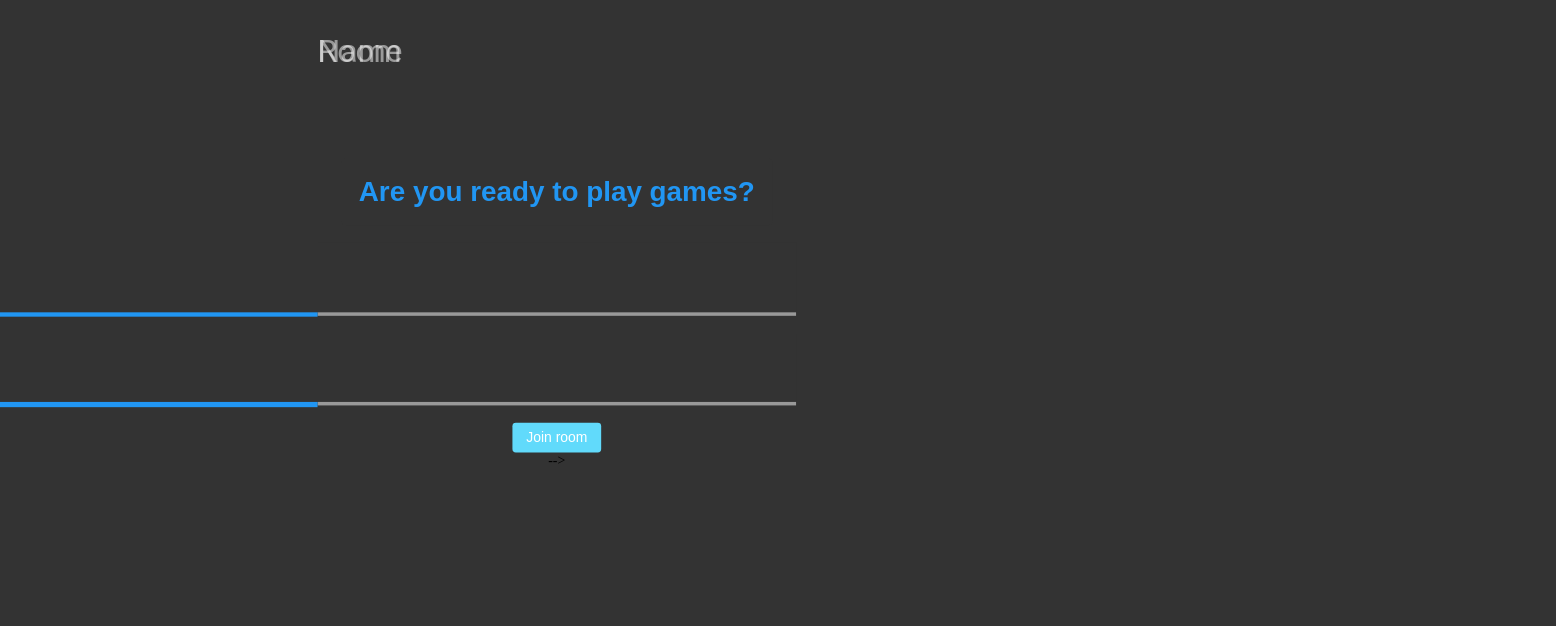
Repository: rektyyy/henhouse
Page: client/index.html
These files come from the project's save history. The page is drawn as it stood at one moment and after the next save; the edit follows.
The browser window is 1280 px wide. The page is 1280 px wide, then 1788 px, so the pictures cover 1788 px, including what lies to the right of the window. The pictures show the whole page, at 87% of full size.

Above is the page before, as saved 2023-12-30 10:28:27.

### client/index.html
<!DOCTYPE html>
<html lang="en">

<head>
    <meta name="viewport" content="width=device-width, initial-scale=1.0">
    <title>Cool Start Page</title>
    <link rel="stylesheet" type="text/css" href="styles_index.css">
</head>

<body>
    <h1>Are you ready to play games?</h1>
    <div class="centered">
        <div class="group1">
            <input type="text" id="name" required>
            <label for="name">Name</label>
            <div class="bar"></div>
        </div>
    </div>


    <div class="centered">
        <div class="group2">
            <input type="text" id="room" required>
            <label for="name">Room</label>
            <div class="bar"></div>
        </div>
    </div>
    <button id="button_room" type="submit">Join room</button> -->

    <script type="text/javascript" src="index.js"></script>
</body>

</html>

### client/styles_index.css
* {
  box-sizing: border-box;
}

body {
  background: #333;
  display: flex;
  flex-direction: column;
  justify-content: center;
  align-items: center;
  min-height: 100vh;
  margin: 0;
  padding: 0;
}

h1 {
  font-family: "Arial", sans-serif;
  text-align: center;
  color: #2196f3;
  padding: 20px;
  background-color: #333;
  margin-top: 0;
  margin-bottom: 20px;
  border-radius: 5px;
}

button {
  padding: 0.5rem 1rem;
  font-size: 1rem;
  border: none;
  border-radius: 0.25rem;
  background-color: #61dafb;
  color: #fff;
  cursor: pointer;
  outline: none;
}

button:hover {
  background-color: #4fa3d1;
}

.centered {
  width: 550px;
  margin-bottom: 20px; /* Spacing between groups */
}

.group {
  width: 100%;
  overflow: hidden;
  position: relative;
}

label {
  position: absolute;
  top: 36.6666666667px;
  color: rgba(255, 255, 255, 0.5);
  font: 400 36.6666666667px Roboto;
  cursor: text;
  transition: 0.25s ease;
}

input {
  display: block;
  width: 100%;
  padding-top: 36.6666666667px;
  border: none;
  border-radius: 0;
  color: white;
  background: #333;
  font-size: 36.6666666667px;
  transition: 0.3s ease;
}

/* ... rest of your CSS ... */

input:valid ~ label {
  top: 0;
  font: 700 22px Roboto;
  color: rgba(255, 255, 255, 0.5);
}
input:focus {
  outline: none;
}
input:focus ~ label {
  top: 0;
  font: 700 22px Roboto;
  color: #2196f3;
}
input:focus ~ .bar:before {
  transform: translateX(0);
}
input:-webkit-autofill {
  -webkit-box-shadow: 0 0 0px 1000px #333 inset;
  -webkit-text-fill-color: white !important;
}

.bar {
  background: rgba(255, 255, 255, 0.5);
  content: "";
  width: 550px;
  height: 3.6666666667px;
  transition: 0.3s ease;
  position: relative;
}
.bar:before {
  content: "";
  position: absolute;
  width: 100%;
  height: 150%;
  background: #2196f3;
  transform: translateX(-100%);
}

::selection {
  background: rgba(33, 150, 243, 0.3);
}

/*# sourceMappingURL=styles_index.css.map */

### client/index.js
const input_room = document.getElementById('input_room');
const button_room = document.getElementById('button_room');

// Joins room
button_room.addEventListener('click', () => {
    if (input_room.value) {
        currentRoomId = input_room.value;
        input_room.value = '';
        window.location.href = `/game.html?room=${currentRoomId}`;
    }
});

After the next save:
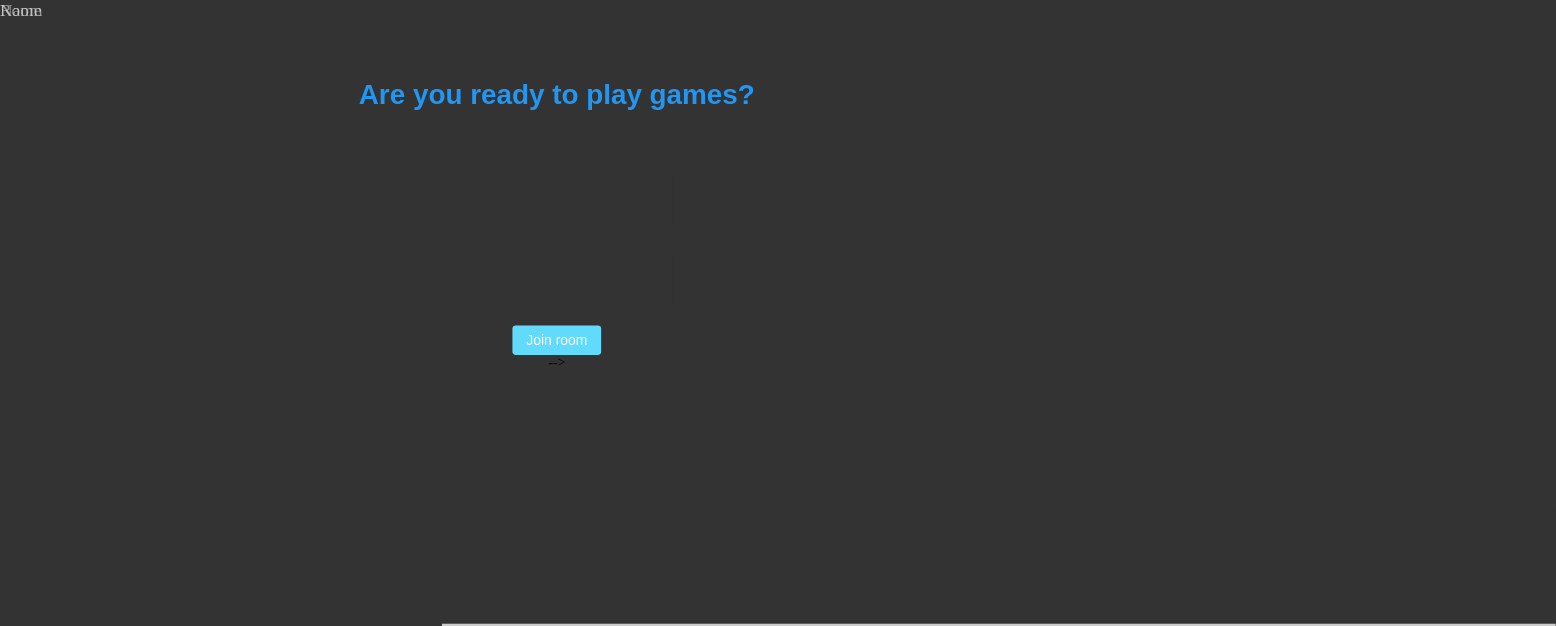
Saved 69 s later.
--- a/client/styles_index.css
+++ b/client/styles_index.css
@@ -6,11 +6,10 @@ body {
   background: #333;
   display: flex;
   flex-direction: column;
-  justify-content: center;
   align-items: center;
+  padding-top: 50px; /* Adjust as needed */
   min-height: 100vh;
   margin: 0;
-  padding: 0;
 }
 
 h1 {
@@ -19,7 +18,6 @@ h1 {
   color: #2196f3;
   padding: 20px;
   background-color: #333;
-  margin-top: 0;
   margin-bottom: 20px;
   border-radius: 5px;
 }
@@ -33,28 +31,25 @@ button {
   color: #fff;
   cursor: pointer;
   outline: none;
+  margin-top: 20px; /* Spacing after the input fields */
 }
 
 button:hover {
   background-color: #4fa3d1;
 }
 
-.centered {
+.group {
   width: 550px;
   margin-bottom: 20px; /* Spacing between groups */
-}
-
-.group {
-  width: 100%;
-  overflow: hidden;
   position: relative;
 }
 
 label {
   position: absolute;
-  top: 36.6666666667px;
+  top: 0; /* Adjust as needed */
+  left: 0;
   color: rgba(255, 255, 255, 0.5);
-  font: 400 36.6666666667px Roboto;
+  font-size: 20px; /* Adjust as needed */
   cursor: text;
   transition: 0.25s ease;
 }
@@ -62,57 +57,23 @@ label {
 input {
   display: block;
   width: 100%;
-  padding-top: 36.6666666667px;
+  padding: 20px 0; /* Adjust padding as needed */
   border: none;
   border-radius: 0;
   color: white;
   background: #333;
-  font-size: 36.6666666667px;
-  transition: 0.3s ease;
-}
-
-/* ... rest of your CSS ... */
-
-input:valid ~ label {
-  top: 0;
-  font: 700 22px Roboto;
-  color: rgba(255, 255, 255, 0.5);
-}
-input:focus {
-  outline: none;
-}
-input:focus ~ label {
-  top: 0;
-  font: 700 22px Roboto;
-  color: #2196f3;
-}
-input:focus ~ .bar:before {
-  transform: translateX(0);
-}
-input:-webkit-autofill {
-  -webkit-box-shadow: 0 0 0px 1000px #333 inset;
-  -webkit-text-fill-color: white !important;
+  font-size: 20px; /* Adjust font size as needed */
+  margin-top: 30px; /* Creates space for the label */
 }
 
 .bar {
   background: rgba(255, 255, 255, 0.5);
-  content: "";
-  width: 550px;
-  height: 3.6666666667px;
-  transition: 0.3s ease;
-  position: relative;
-}
-.bar:before {
-  content: "";
+  height: 3px;
+  width: 100%;
   position: absolute;
-  width: 100%;
-  height: 150%;
-  background: #2196f3;
-  transform: translateX(-100%);
+  bottom: 0; /* Position at the bottom of the input field */
 }
 
 ::selection {
   background: rgba(33, 150, 243, 0.3);
 }
-
-/*# sourceMappingURL=styles_index.css.map */
